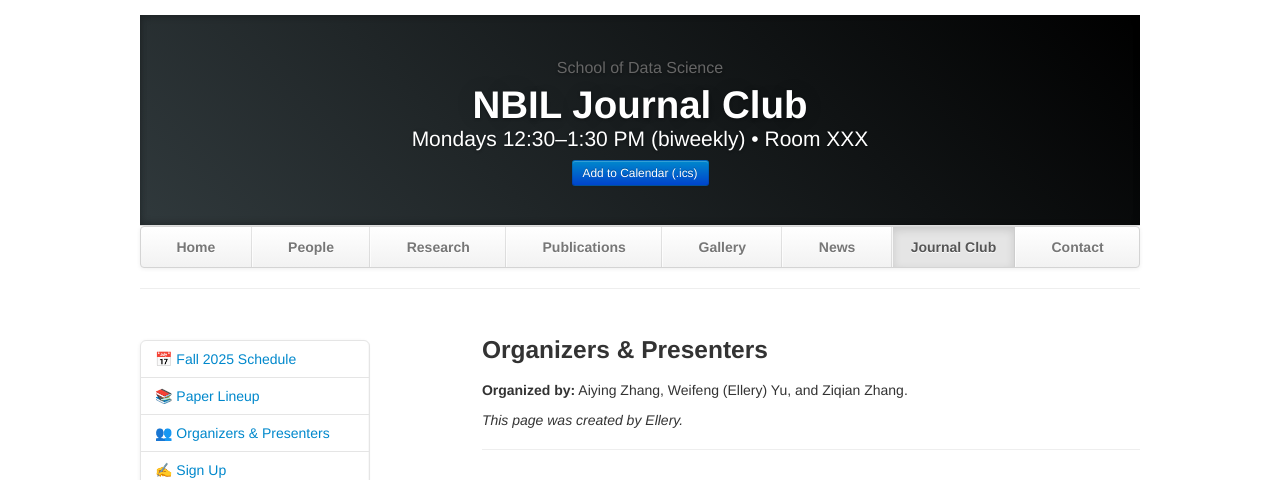
Repository: nbillab/nbillab.io
Page: journalclub.html
An editor plug-in stored every save of this project. The page is shown before and after the next save, followed by the edit.
The browser window is 1280 px wide. The pictures show the part of the page from y = 0 to 480 px (the page is 1981 px tall before and 2011 px after).
Pictures or frames that could not be fetched are drawn as grey boxes.

Above is the page before, as saved 2025-09-08 16:00:27.

After the next save:
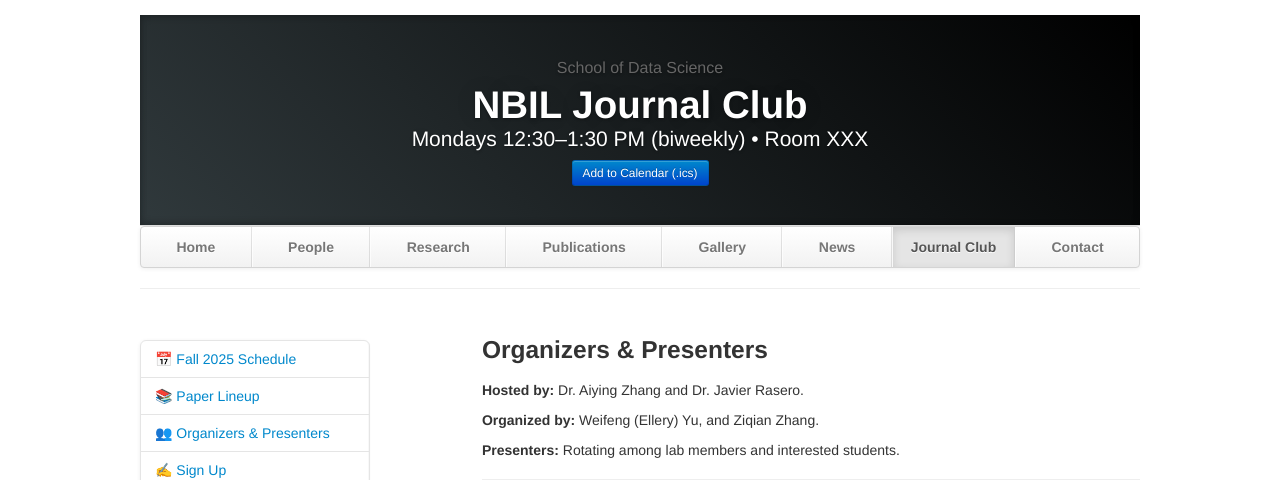
Saved 98 s later.
--- a/journalclub.html
+++ b/journalclub.html
@@ -113,8 +113,10 @@
         <section id="people">
           <div class="page-header">
             <h3>Organizers & Presenters</h3>
-            <p><strong>Organized by:</strong> Aiying Zhang, Weifeng (Ellery) Yu, and Ziqian Zhang.</p>
-            <p><em>This page was created by Ellery.</em></p>
+            <p><strong>Hosted by:</strong> Dr. Aiying Zhang and Dr. Javier Rasero.</p>
+            <p><strong>Organized by:</strong> Weifeng (Ellery) Yu, and Ziqian Zhang.</p>
+            <p><strong>Presenters:</strong> Rotating among lab members and interested students.</p>
+
           </div>
 
         <!-- Schedule -->
